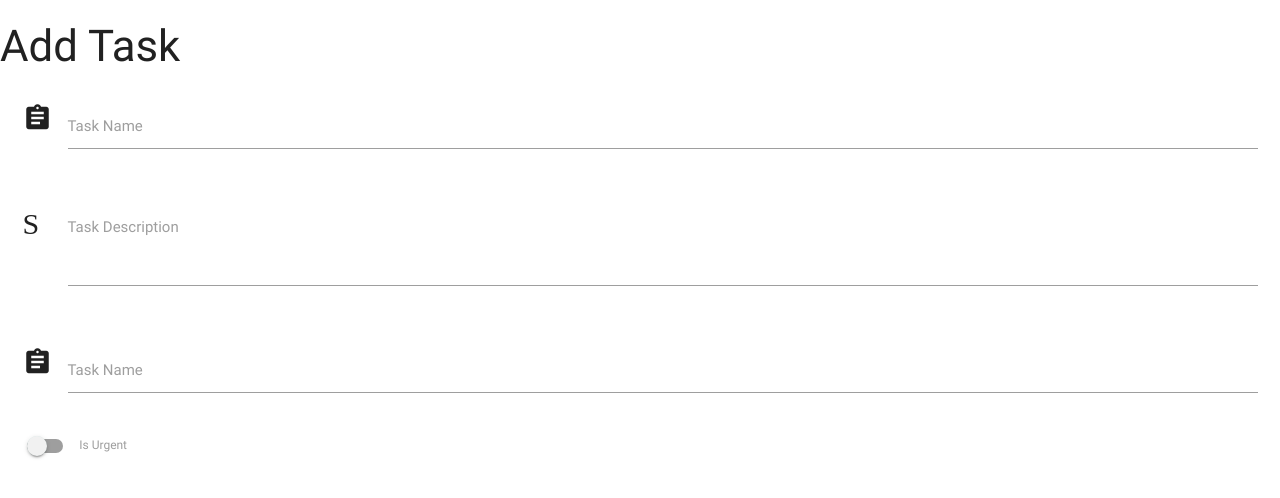
Repository: DanielJMaia/task-manager-minip
Page: http://localhost/add_task
The author's editor kept a record of every edit. The page is drawn from the files as they stood at one moment, then again after the next edit.
The browser window is 1280 px wide. The pictures show the whole page.
Some web libraries are served in a nearby version. The page is served by the project's application, run on Flask 3 (app.py).

Above is the page before.
Console error: TypeError: Cannot read properties of null (reading 'addEventListener')

### templates/addtask.html
{% extends 'base.html' %} {% block content %}

<h3>Add Task</h3>
<div class="row">
    <form class="col s12">
        <div class="row">
            <div class="input-field col s12">
                <i class="material-icons prefix">assignment</i>
                <input id="task_name" name="task_name" type="text" class="validate">
                <label for="icon_prefix">Task Name</label>
            </div>
        </div>
        <div class="row">
            <div class="input-field col s12">
                <i class="material-icons prefix">Subject</i>
                <textarea name="task_description" id="task_description" class="materialize-textarea"></textarea>
                <label for="icon_telephone">Task Description</label>
            </div>
        </div>
        <div class="row">
            <div class="input-field col s12">
                <i class="material-icons prefix">assignment</i>
                <input id="task_name" name="task_name" type="text" class="validate">
                <label for="icon_prefix">Task Name</label>
            </div>
        </div>
        <div class="row">
            <!-- Switch -->
            <div class="switch">
                <label>
                    <input id="is_urgent" name="is_urgent" type="checkbox">
                    <span class="lever"></span>Is Urgent
                </label>
            </div>
        </div>
    </form>
</div>

{% endblock %}

### templates/base.html
<!DOCTYPE html>
<html>

<head>
    <link href="https://fonts.googleapis.com/icon?family=Material+Icons" rel="stylesheet">
    <link rel="stylesheet" href="https://cdnjs.cloudflare.com/ajax/libs/materialize/0.100.2/css/materialize.min.css">
</head>

<body>
    {% block content %} {% endblock %}

    <script src="https://cdnjs.cloudflare.com/ajax/libs/jquery/3.2.1/jquery.min.js"></script>
    <script src="https://cdnjs.cloudflare.com/ajax/libs/materialize/0.100.2/js/materialize.min.js"></script>
    <script type="text/javascript">
        $(document).ready(function() {
            $('.collapsible').collapsible();
            $('select').material_select();
        });
        $('.datepicker').pickadate({
            selectMonths: true, // Creates a dropdown to control month
            selectYears: 15, // Creates a dropdown of 15 years to control year,
            today: 'Today',
            clear: 'Clear',
            close: 'Ok',
            closeOnSelect: false // Close upon selecting a date,
        });

        document.getElementById("matfix").addEventListener("click", function(e) {
            e.stopPropagation();
        });
    </script>
</body>

</html>

### app.py
import os
from flask import Flask, render_template, redirect, request, url_for
from flask_pymongo import PyMongo
from bson.objectid import ObjectId

app = Flask(__name__)

app.config["MONGO_DBNAME"] = "task_manager"
app.config["MONGO_URI"] = "mongodb+srv://root:r00tUser@myfirstcluster-bgp7f.mongodb.net/task_manager?retryWrites=true&w=majority"

mongo = PyMongo(app)

@app.route("/")
@app.route("/get_tasks")
def get_tasks():
    return render_template("tasks.html", tasks=mongo.db.tasks.find())

@app.route("/add_task")
def add_task():
    return render_template("addtask.html")

if __name__ == "__main__":
    app.run(host=os.environ.get("IP"),
        port=int(os.environ.get("PORT")),
        debug=True)

After the next edit:
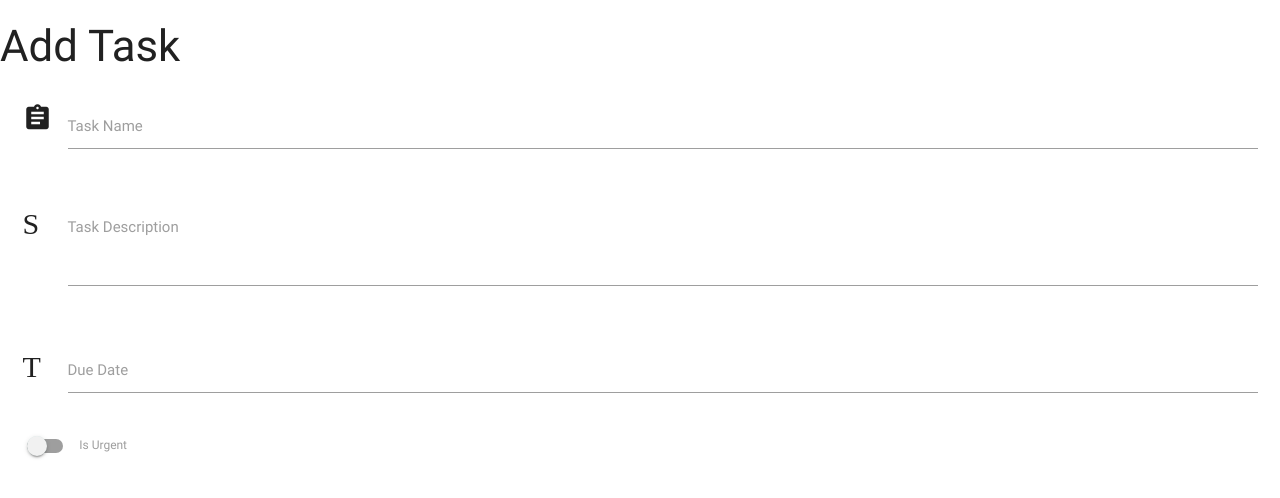
The edit:
--- a/templates/addtask.html
+++ b/templates/addtask.html
@@ -19,9 +19,9 @@
         </div>
         <div class="row">
             <div class="input-field col s12">
-                <i class="material-icons prefix">assignment</i>
-                <input id="task_name" name="task_name" type="text" class="validate">
-                <label for="icon_prefix">Task Name</label>
+                <i class="material-icons prefix">Today</i>
+                <input id="due_date" name="due_date" type="text" class="datepicker">
+                <label for="icon_prefix">Due Date</label>
             </div>
         </div>
         <div class="row">
